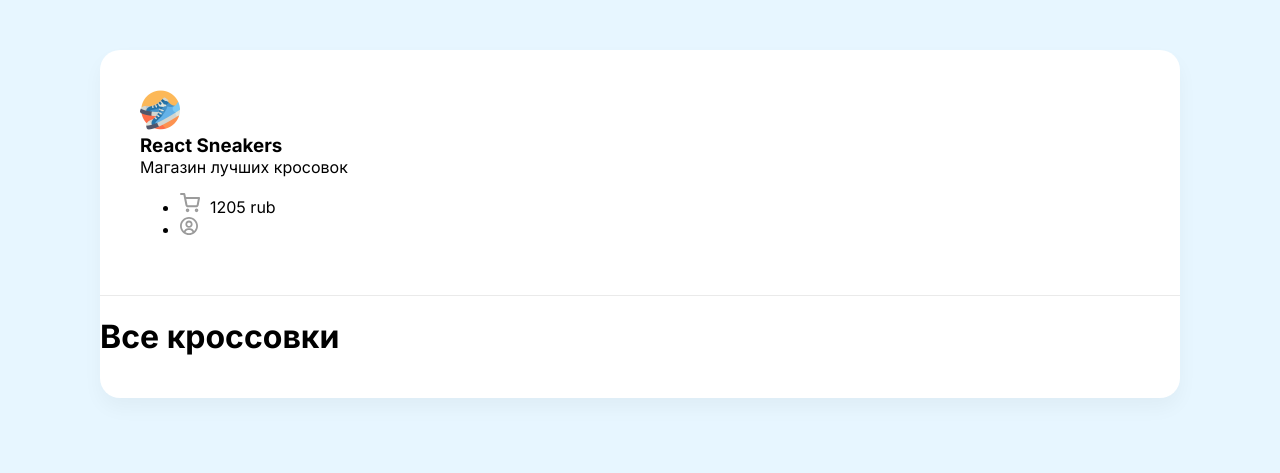
Repository: iveivs/sneakers
Page: /
These files come from the project's save history. The page is drawn as it stood at one moment and after the next save; the edit follows.
The browser window is 1280 px wide. The pictures show the whole page.
The project was rebuilt for these pictures with package versions that can differ from the ones it lists, and the page was loaded fresh each time.

Above is the page before, as saved 2024-02-10 09:19:16.

After the next save:
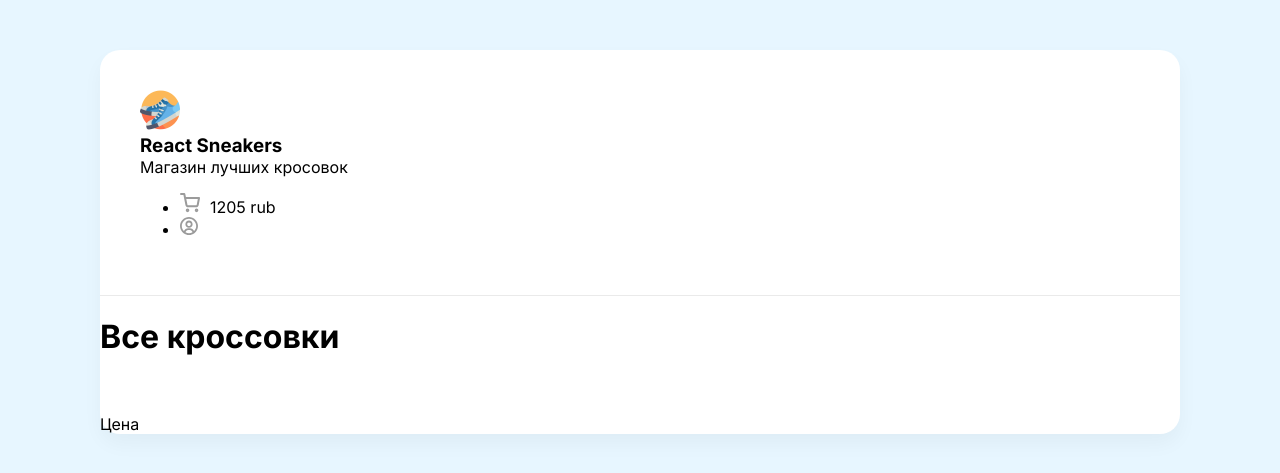
Saved 5 s later.
--- a/src/App.js
+++ b/src/App.js
@@ -34,7 +34,7 @@
           <img src="" alt="" />
           <p></p>
           <div>
-            <span></span>
+            <span>Цена</span>
           </div>
         </div>
       </div>
